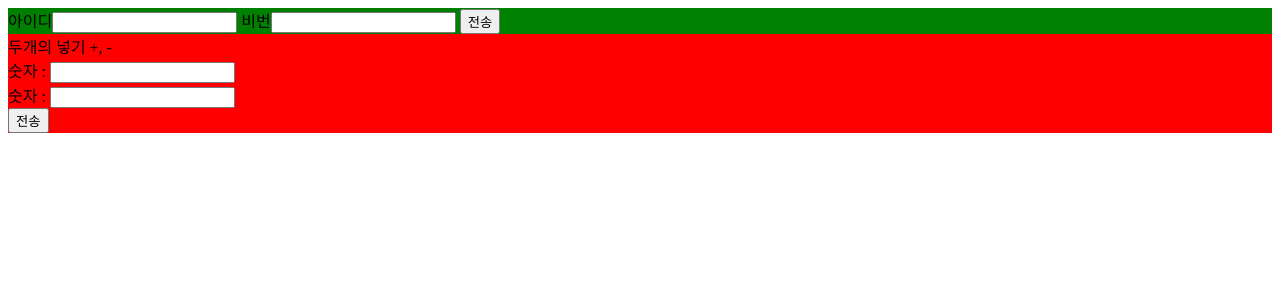
Repository: dron512/jspsogo
Page: http://localhost/ex0315/a.jsp
An editor plug-in stored every save of this project. The page is shown before and after the next save, followed by the edit.
The browser window is 1280 px wide. The pictures show the whole page.
The page is served by Tomcat 9.

Above is the page before, as saved 2022-03-15 05:03:18.

After the next save:
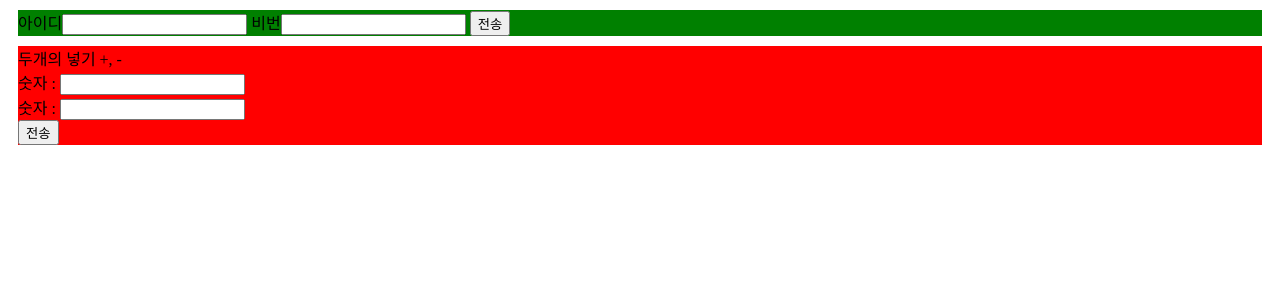
Saved 2 min 2 s later.
--- a/jsp_work2-2/ex0315/src/main/webapp/a.jsp
+++ b/jsp_work2-2/ex0315/src/main/webapp/a.jsp
@@ -5,6 +5,9 @@
 <meta charset="UTF-8">
 <title>Insert title here</title>
 <style type="text/css">
+	div{
+		margin:10px;
+	}
 	#adiv{
 		background-color: green;
 	}
